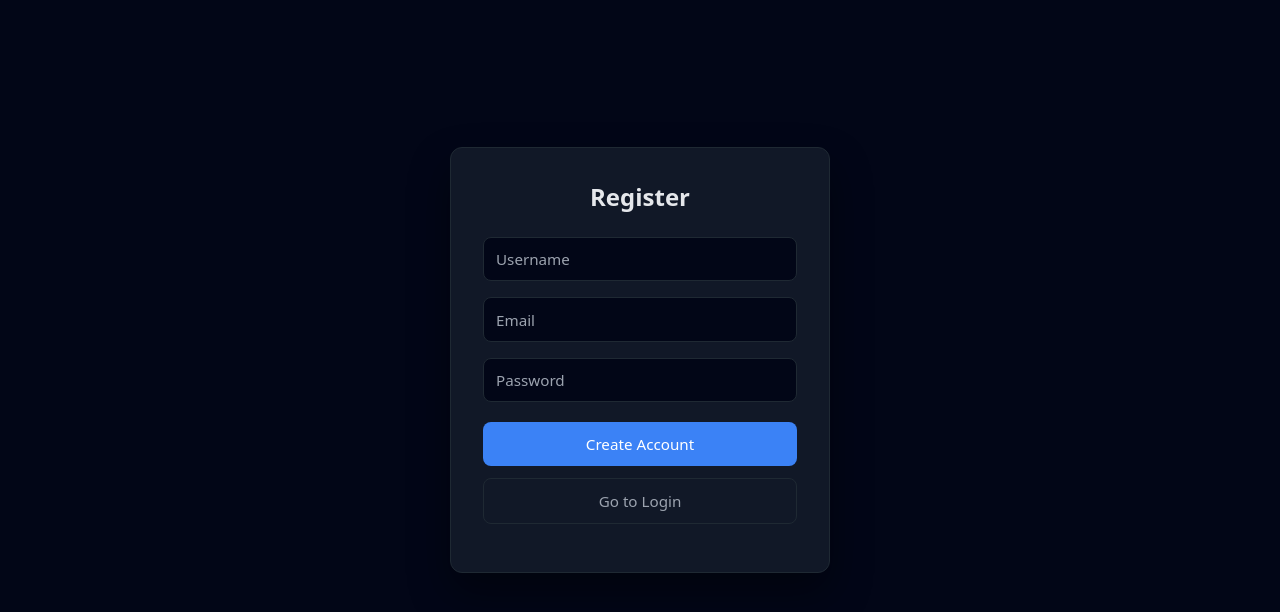
Repository: xqill275/AshChat
Page: public/register.html
These files come from the project's save history. The page is drawn as it stood at one moment and after the next save; the edit follows.
The browser window is 1280 px wide. The pictures show the whole page.

Above is the page before, as saved 2026-02-13 23:18:46.

### public/register.html
<!doctype html>
<html lang="en">
  <head>
    <meta charset="utf-8" />
    <title>Register</title>
    <meta name="viewport" content="width=device-width, initial-scale=1" />

    <style>
      :root {
        --bg: #0f172a;
        --card: #111827;
        --border: #1f2933;
        --text: #e5e7eb;
        --muted: #9ca3af;
        --accent: #3b82f6;
        --accent-hover: #2563eb;
      }

      * {
        box-sizing: border-box;
        font-family: system-ui, -apple-system, BlinkMacSystemFont, "Segoe UI",
          sans-serif;
      }

      body {
        margin: 0;
        min-height: 100vh;
        background: linear-gradient(135deg, #020617, #020617);
        display: flex;
        align-items: center;
        justify-content: center;
        color: var(--text);
      }

      .card {
        background: var(--card);
        border: 1px solid var(--border);
        border-radius: 12px;
        padding: 2rem;
        width: 100%;
        max-width: 380px;
        box-shadow: 0 20px 40px rgba(0, 0, 0, 0.4);
      }

      h2 {
        margin: 0 0 1.5rem;
        font-size: 1.5rem;
        text-align: center;
      }

      .field {
        margin-bottom: 1rem;
      }

      input {
        width: 100%;
        padding: 0.7rem 0.75rem;
        border-radius: 8px;
        border: 1px solid var(--border);
        background: #020617;
        color: var(--text);
        font-size: 0.95rem;
      }

      input::placeholder {
        color: var(--muted);
      }

      input:focus {
        outline: none;
        border-color: var(--accent);
        box-shadow: 0 0 0 2px rgba(59, 130, 246, 0.25);
      }

      .actions {
        display: flex;
        flex-direction: column;
        gap: 0.75rem;
        margin-top: 1.25rem;
      }

      button {
        padding: 0.75rem;
        border-radius: 8px;
        border: none;
        font-size: 0.95rem;
        font-weight: 500;
        cursor: pointer;
        transition: background 0.15s ease, transform 0.05s ease;
      }

      #btn {
        background: var(--accent);
        color: white;
      }

      #btn:hover {
        background: var(--accent-hover);
      }

      #login {
        background: transparent;
        color: var(--muted);
        border: 1px solid var(--border);
      }

      #login:hover {
        color: var(--text);
        border-color: var(--accent);
      }

      button:active {
        transform: translateY(1px);
      }

      pre {
        margin-top: 1rem;
        font-size: 0.8rem;
        color: #f87171;
        white-space: pre-wrap;
        word-break: break-word;
      }
    </style>
  </head>

  <body>
    <div class="card">
      <h2>Register</h2>

      <div class="field">
        <input id="username" placeholder="Username" />
      </div>

      <div class="field">
        <input id="email" placeholder="Email" />
      </div>

      <div class="field">
        <input id="password" type="password" placeholder="Password" />
      </div>

      <div class="actions">
        <button id="btn">Create Account</button>
        <button id="login">Go to Login</button>
      </div>

      <pre id="out"></pre>
    </div>

    <script>
      document.getElementById("btn").onclick = async () => {
        const res = await fetch("/auth/register", {
          method: "POST",
          headers: { "content-type": "application/json" },
          credentials: "include",
          body: JSON.stringify({
            username: username.value,
            email: email.value,
            password: password.value
          })
        });

        out.textContent = await res.text();
        if (res.ok) location.href = "/app.html";
      };

      document.getElementById("login").onclick = () => {
        location.href = "/login.html";
      };
    </script>
  </body>
</html>

### public/css/login.css
root {
--bg: #0f172a;
--card: #111827;
--border: #1f2933;
--text: #e5e7eb;
--muted: #9ca3af;
--accent: #3b82f6;
--accent-hover: #2563eb;
}

* {
box-sizing: border-box;
font-family: system-ui, -apple-system, BlinkMacSystemFont, "Segoe UI",
    sans-serif;
}

body {
margin: 0;
min-height: 100vh;
background: linear-gradient(135deg, #020617, #020617);
display: flex;
align-items: center;
justify-content: center;
color: var(--text);
}

.card {
background: var(--card);
border: 1px solid var(--border);
border-radius: 12px;
padding: 2rem;
width: 100%;
max-width: 360px;
box-shadow: 0 20px 40px rgba(0, 0, 0, 0.4);
}

h2 {
margin: 0 0 1.5rem;
font-size: 1.5rem;
text-align: center;
}

.field {
margin-bottom: 1rem;
}

input {
width: 100%;
padding: 0.7rem 0.75rem;
border-radius: 8px;
border: 1px solid var(--border);
background: #020617;
color: var(--text);
font-size: 0.95rem;
}

input::placeholder {
color: var(--muted);
}

input:focus {
outline: none;
border-color: var(--accent);
box-shadow: 0 0 0 2px rgba(59, 130, 246, 0.25);
}

.actions {
display: flex;
flex-direction: column;
gap: 0.75rem;
margin-top: 1.25rem;
}

button {
padding: 0.75rem;
border-radius: 8px;
border: none;
font-size: 0.95rem;
font-weight: 500;
cursor: pointer;
transition: background 0.15s ease, transform 0.05s ease;
}

#btn {
background: var(--accent);
color: white;
}

#btn:hover {
background: var(--accent-hover);
}

#reg {
background: transparent;
color: var(--muted);
border: 1px solid var(--border);
}

#reg:hover {
color: var(--text);
border-color: var(--accent);
}

button:active {
transform: translateY(1px);
}

pre {
margin-top: 1rem;
font-size: 0.8rem;
color: #f87171;
white-space: pre-wrap;
word-break: break-word;
}

After the next save:
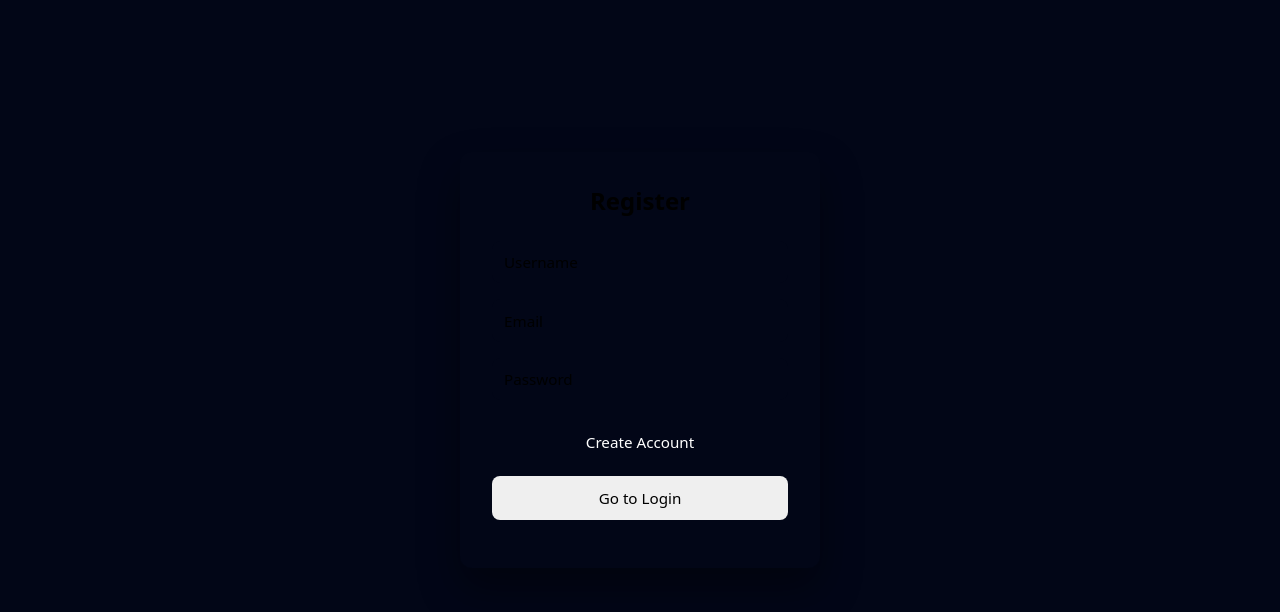
Saved 13 s later.
--- a/public/register.html
+++ b/public/register.html
@@ -4,123 +4,7 @@
     <meta charset="utf-8" />
     <title>Register</title>
     <meta name="viewport" content="width=device-width, initial-scale=1" />
-
-    <style>
-      :root {
-        --bg: #0f172a;
-        --card: #111827;
-        --border: #1f2933;
-        --text: #e5e7eb;
-        --muted: #9ca3af;
-        --accent: #3b82f6;
-        --accent-hover: #2563eb;
-      }
-
-      * {
-        box-sizing: border-box;
-        font-family: system-ui, -apple-system, BlinkMacSystemFont, "Segoe UI",
-          sans-serif;
-      }
-
-      body {
-        margin: 0;
-        min-height: 100vh;
-        background: linear-gradient(135deg, #020617, #020617);
-        display: flex;
-        align-items: center;
-        justify-content: center;
-        color: var(--text);
-      }
-
-      .card {
-        background: var(--card);
-        border: 1px solid var(--border);
-        border-radius: 12px;
-        padding: 2rem;
-        width: 100%;
-        max-width: 380px;
-        box-shadow: 0 20px 40px rgba(0, 0, 0, 0.4);
-      }
-
-      h2 {
-        margin: 0 0 1.5rem;
-        font-size: 1.5rem;
-        text-align: center;
-      }
-
-      .field {
-        margin-bottom: 1rem;
-      }
-
-      input {
-        width: 100%;
-        padding: 0.7rem 0.75rem;
-        border-radius: 8px;
-        border: 1px solid var(--border);
-        background: #020617;
-        color: var(--text);
-        font-size: 0.95rem;
-      }
-
-      input::placeholder {
-        color: var(--muted);
-      }
-
-      input:focus {
-        outline: none;
-        border-color: var(--accent);
-        box-shadow: 0 0 0 2px rgba(59, 130, 246, 0.25);
-      }
-
-      .actions {
-        display: flex;
-        flex-direction: column;
-        gap: 0.75rem;
-        margin-top: 1.25rem;
-      }
-
-      button {
-        padding: 0.75rem;
-        border-radius: 8px;
-        border: none;
-        font-size: 0.95rem;
-        font-weight: 500;
-        cursor: pointer;
-        transition: background 0.15s ease, transform 0.05s ease;
-      }
-
-      #btn {
-        background: var(--accent);
-        color: white;
-      }
-
-      #btn:hover {
-        background: var(--accent-hover);
-      }
-
-      #login {
-        background: transparent;
-        color: var(--muted);
-        border: 1px solid var(--border);
-      }
-
-      #login:hover {
-        color: var(--text);
-        border-color: var(--accent);
-      }
-
-      button:active {
-        transform: translateY(1px);
-      }
-
-      pre {
-        margin-top: 1rem;
-        font-size: 0.8rem;
-        color: #f87171;
-        white-space: pre-wrap;
-        word-break: break-word;
-      }
-    </style>
+    <link rel="stylesheet" href="css/login.css" />
   </head>
 
   <body>
